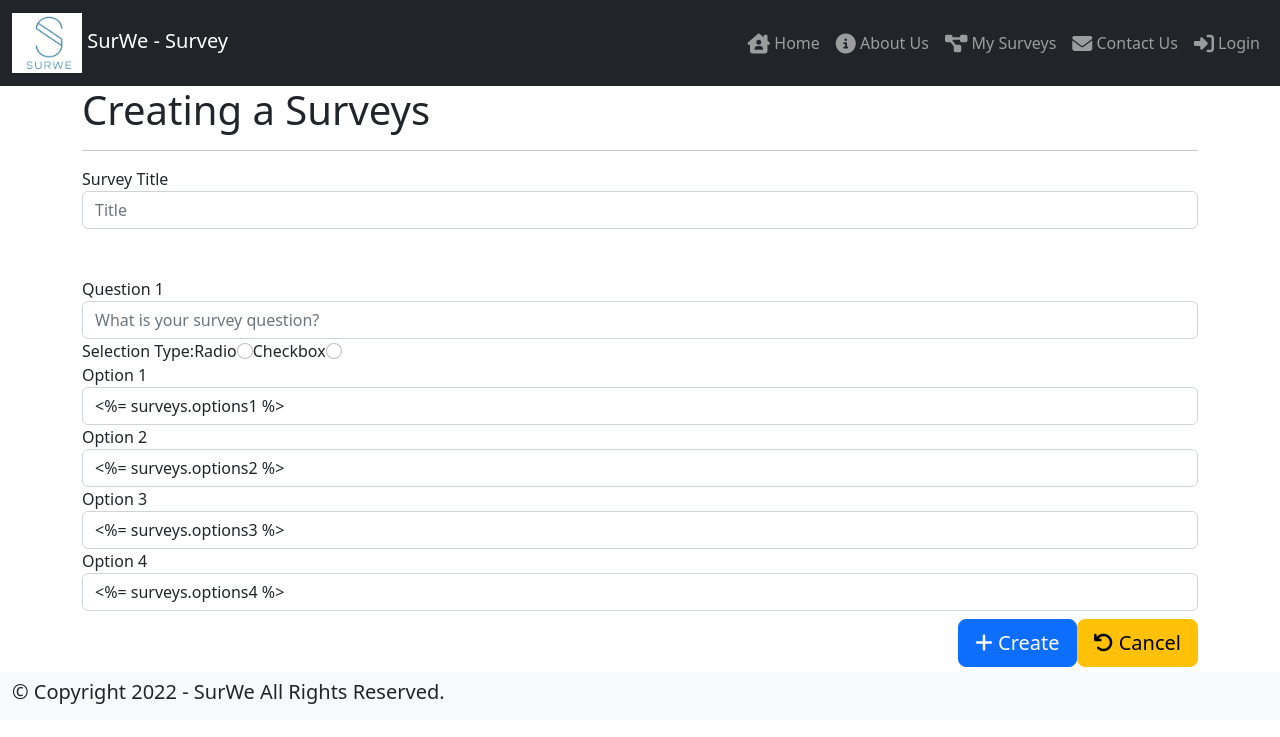
Repository: ryanchandata/comp229-m2022-group6-frontend
Page: /add
The author's editor kept a copy of each file at every save. The page is drawn from the files as they stood at one save, then again after the next save.
The browser window is 1280 px wide. The pictures show the whole page.
The project was rebuilt for these pictures with package versions that can differ from the ones it lists, and the page was loaded fresh each time. Also part of the build but not shown: src/content/home.tsx, src/content/about.tsx, src/content/contact.tsx, src/survey-list/landing.tsx, src/survey-list/edit.tsx, src/content/PageNotFound.tsx, src/authentication/login.tsx, src/authentication/logout.tsx and 1 more.

Above is the page before, as saved 2022-07-29 21:13:16.

After the next save:
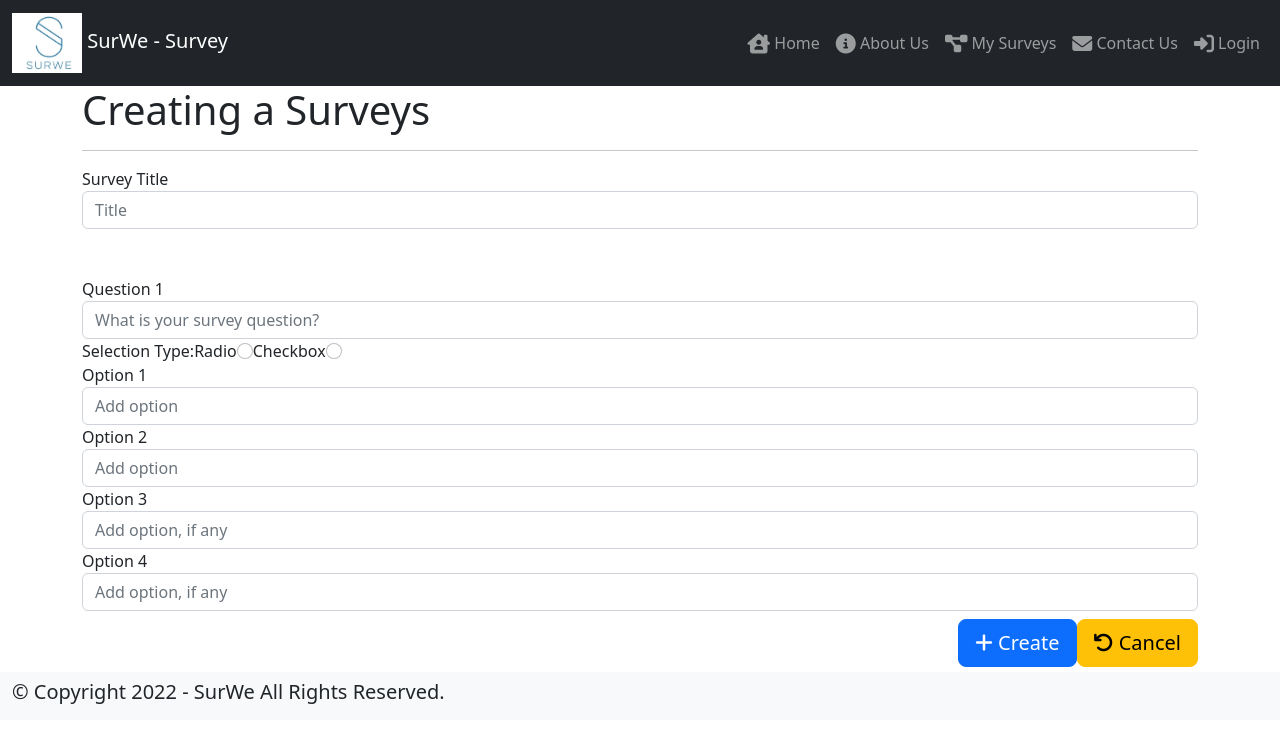
Saved 90 s later.
--- a/src/survey-list/add.tsx
+++ b/src/survey-list/add.tsx
@@ -55,13 +55,13 @@ function Add()
                     <input type="radio" className="form-check-input" id="optionType1" name="optionType1" value="checkbox" required></input>
                     </label><br />
                     <label htmlFor="option1">Option 1</label>
-                    <input type="text" className="form-control" placeholder="Add option" id="options1" name="options1" value="<%= surveys.options1 %>" required></input>
+                    <input type="text" className="form-control" placeholder="Add option" id="options1" name="options1" value = { details } onChange = { setDetails } required></input>
                     <label htmlFor="option2">Option 2</label>
-                    <input type="text" className="form-control" placeholder="Add option" id="options2" name="options2" value="<%= surveys.options2 %>" required></input>
+                    <input type="text" className="form-control" placeholder="Add option" id="options2" name="options2" value = { details } onChange = { setDetails } required></input>
                     <label htmlFor="option3">Option 3</label>
-                    <input type="text" className="form-control" placeholder="Add option, if any" id="options3" name="options3" value="<%= surveys.options3 %>" ></input>
+                    <input type="text" className="form-control" placeholder="Add option, if any" id="options3" name="options3" value = { details } onChange = { setDetails } ></input>
                     <label htmlFor="option4">Option 4</label>
-                    <input type="text" className="form-control" placeholder="Add option, if any" id="options4" name="options4" value="<%= surveys.options4 %>" ></input>
+                    <input type="text" className="form-control" placeholder="Add option, if any" id="options4" name="options4" value = { details } onChange = { setDetails } ></input>
                 </div>
                 <div className="text-end mt-2">
                         <button id="submitButton" type="submit" className="btn btn-primary btn-lg"><i className="fa-solid fa-plus"></i> Create</button>
